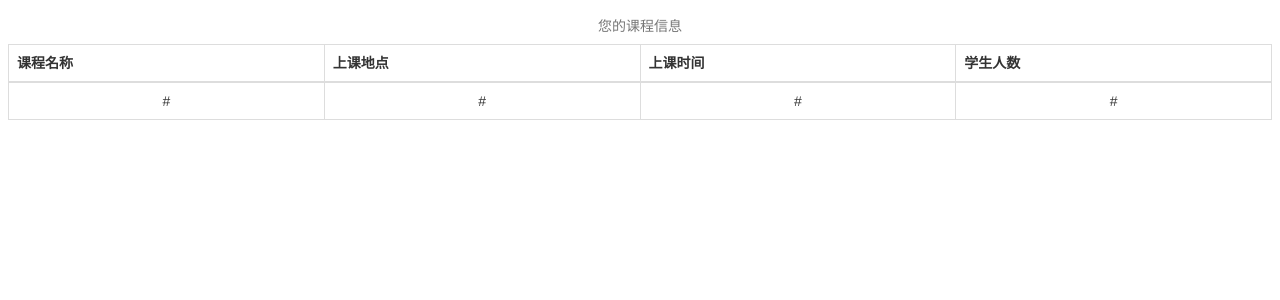
Repository: xu459898103/DBExperiment2017
Page: http://localhost/EA_System/iframe/teacher/jskcxx.jsp
An editor plug-in stored every save of this project. The page is shown before and after the next save, followed by the edit.
The browser window is 1280 px wide. The pictures show the whole page.
The page is served by Tomcat 9. Other server files are loaded and not shown.

Above is the page before, as saved 2017-12-16 11:28:08.

### EA System/WebContent/iframe/teacher/jskcxx.jsp
<%@ page language="java" contentType="text/html; charset=UTF-8"
    pageEncoding="UTF-8"%>
<!DOCTYPE html>
<html>
<head>
<meta http-equiv="Content-Type" content="text/html; charset=UTF-8">
<title>Insert title here</title>
	<link rel="stylesheet" href="https://maxcdn.bootstrapcdn.com/bootstrap/3.3.7/css/bootstrap.min.css">
	<script src="libs/bootstrap-3.3.7-dist/js/jquery-3.2.1.js"></script>
	<script src="libs/bootstrap-3.3.7-dist/js/bootstrap.js"></script>
	<style type="text/css">
		#biaoge{
		margin:6px;
		padding:2px;
		text-align:center;
		}
	</style>
</head>
<body>
<div id="biaoge" >
<table class="table table-bordered">
	<caption style="text-align:center">您的课程信息</caption>
	<thead>
		<tr>
			<th>课程名称</th>
			<th>上课地点</th>
			<th>上课时间</th>
			<th>学生人数</th>

		</tr>
	</thead>
	<tbody>
	<% %>
		<tr>
			<td>#</td>
			<td>#</td>
			<td>#</td>
			<td>#</td>
		<tr>
	<% %>
	</tbody>
</table>
</div>
</body>
</html>

Loaded but not shown: EA System/WebContent/libs/bootstrap-3.3.7-dist/js/jquery-3.2.1.js (library); EA System/WebContent/libs/bootstrap-3.3.7-dist/js/bootstrap.js (library)

After the next save:
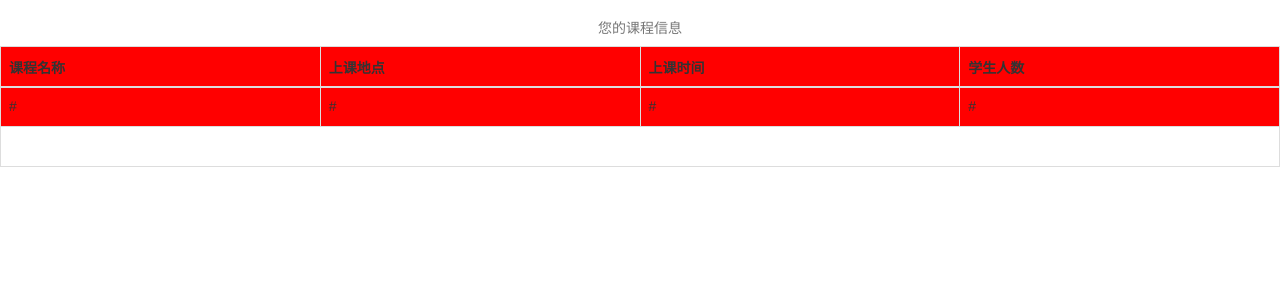
Saved 3 min 18 s later.
--- a/EA System/WebContent/iframe/teacher/jskcxx.jsp
+++ b/EA System/WebContent/iframe/teacher/jskcxx.jsp
@@ -9,15 +9,24 @@
 	<script src="libs/bootstrap-3.3.7-dist/js/jquery-3.2.1.js"></script>
 	<script src="libs/bootstrap-3.3.7-dist/js/bootstrap.js"></script>
 	<style type="text/css">
-		#biaoge{
-		margin:6px;
-		padding:2px;
-		text-align:center;
-		}
+	table {
+            height: 80%;
+            width: 80%;         /*  必须设置一个宽度， margin: 0 auto才能使之居于父组件中央*/
+            margin: 10px auto;  /*  通过设置外边距（margin）中的左右外边距属性为auto使之居于父组件（body）中间*/
+        }
+            table tr{
+                height: 40px;
+                width: 100%;
+                background-color: red;
+            }
+            table>tr>td{
+                height: 100%; width: 33.3%;
+                background-color: red;
+            }
 	</style>
 </head>
 <body>
-<div id="biaoge" >
+
 <table class="table table-bordered">
 	<caption style="text-align:center">您的课程信息</caption>
 	<thead>
@@ -40,6 +49,6 @@
 	<% %>
 	</tbody>
 </table>
-</div>
+
 </body>
 </html>
